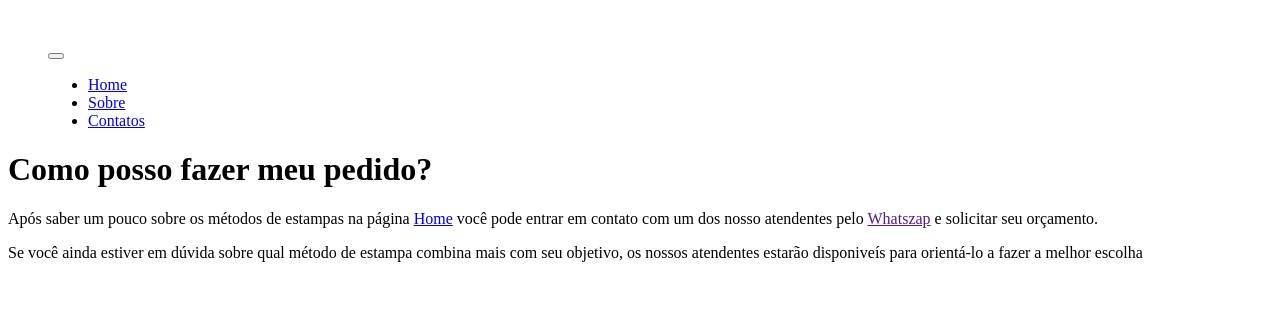
Repository: Leonngc/way-factory
Page: order.html
An editor plug-in stored every save of this project. The page is shown before and after the next save, followed by the edit.
The browser window is 1280 px wide. The pictures show the whole page.
Some icons come from a web library that is not loaded, so they are not drawn.

Above is the page before, as saved 2023-02-10 11:16:32.

### order.html
<!DOCTYPE html>
<html lang="pt-br">
<head>
    <meta charset="UTF-8">
    <meta http-equiv="X-UA-Compatible" content="IE=edge">
    <meta name="viewport" content="width=device-width, initial-scale=1.0">
    <script src="scripts/menu.js" defer></script>
    <link
      rel="stylesheet"
      href="https://cdn-uicons.flaticon.com/uicons-bold-rounded/css/uicons-bold-rounded.css"
    />
    <link rel="stylesheet" href="styles/order.css">
    <title>Como fazer seu pedido</title>
</head>
<body>
    <header>
        <img src="" alt="" id="logo" />
      <menu>
        <button id="menu-burguer"><i class="fi fi-br-menu-burger" ></i></button>
        <ul id="links-menu">

          <li><a href="index.html" target="_parent">Home</a></li>
          <li><a href="about.html" target="_parent">Sobre</a></li>
          <li><a href="contacts.html" target="_parent">Contatos</a></li>
        </ul>
      </menu>
    </header>

    <main>
        <h1>Como posso fazer meu pedido?</h1>
        <div>
            <p>Após saber um pouco sobre os métodos de estampas na página <a href="index.html">Home</a>
            você pode entrar em contato  com um dos nosso atendentes pelo <a href="">Whatszap</a> e solicitar seu orçamento.
            </p>
        </div>

        <div>
            <p>Se você ainda estiver em dúvida sobre qual método de estampa combina mais com seu objetivo, os nossos atendentes estarão disponiveís para orientá-lo a fazer a melhor escolha</p>
        </div>
    </main>
</body>
</html>

### scripts/menu.js
//  CONFIGURATIONS OF MENU

let menu = document.getElementById('menu-burguer');
const linkMenu = document.getElementById('links-menu');

menu.addEventListener('click', event =>{
    if(linkMenu.style.display == 'none'){
    linkMenu.style.display = 'block'} else{
        linkMenu.style.display = 'none'
    }
})

Loaded but not shown: styles/order.css (no stored copy; drawn as an empty file)

After the next save:
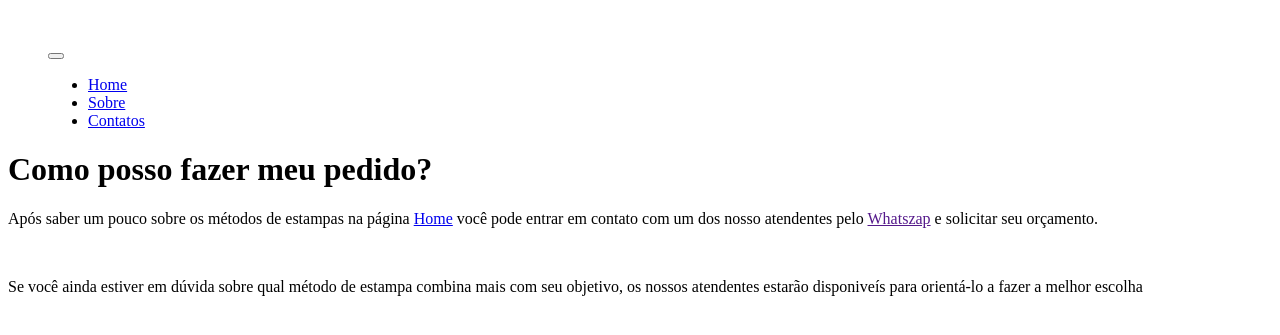
Saved 5 s later.
--- a/order.html
+++ b/order.html
@@ -33,7 +33,9 @@
             você pode entrar em contato  com um dos nosso atendentes pelo <a href="">Whatszap</a> e solicitar seu orçamento.
             </p>
         </div>
-
+        <div>
+            <img src="" alt="">
+        </div>
         <div>
             <p>Se você ainda estiver em dúvida sobre qual método de estampa combina mais com seu objetivo, os nossos atendentes estarão disponiveís para orientá-lo a fazer a melhor escolha</p>
         </div>
